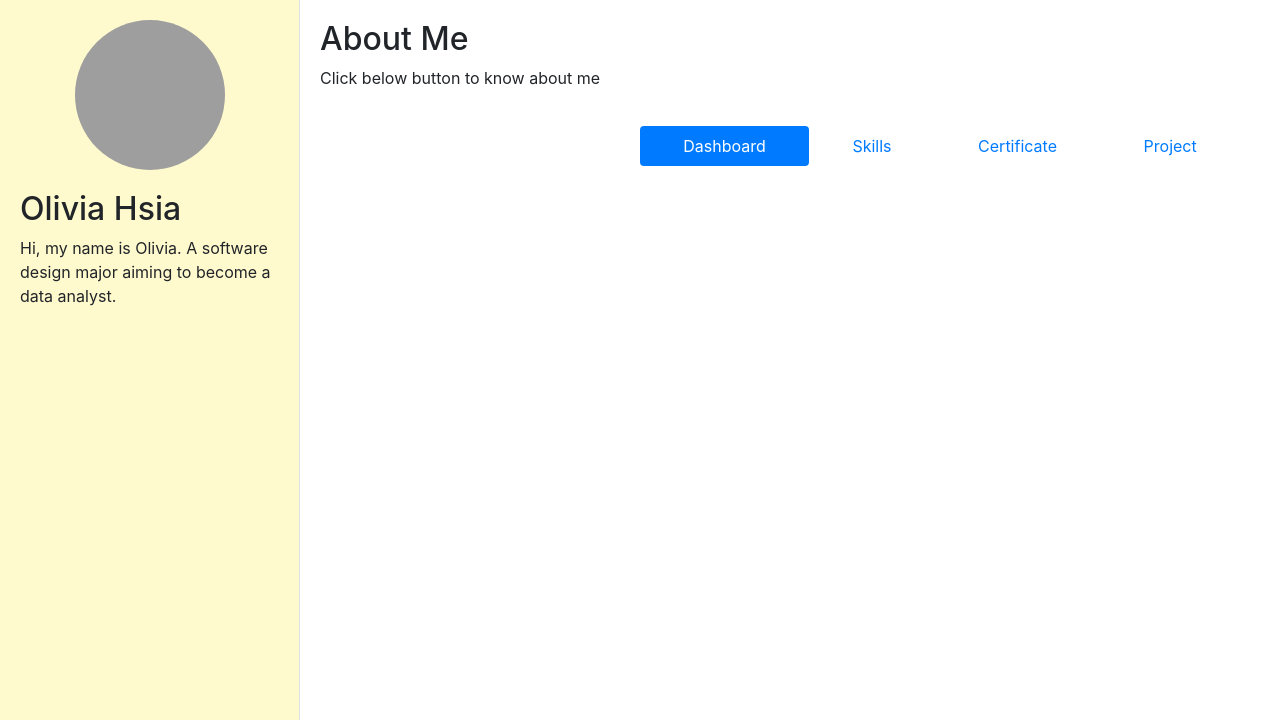
Repository: oliviahsia/FinalProject
Page: src/main/webapp/WEB-INF/main.html
These files come from the project's save history. The page is drawn as it stood at one moment and after the next save; the edit follows.
The browser window is 1280 px wide. The pictures show the whole page.
Pictures or frames that could not be fetched are drawn as grey boxes. An inner scrolling area shows only its first screen. Some web libraries are served in a nearby version.

Above is the page before, as saved 2024-03-09 18:53:05.

After the next save:
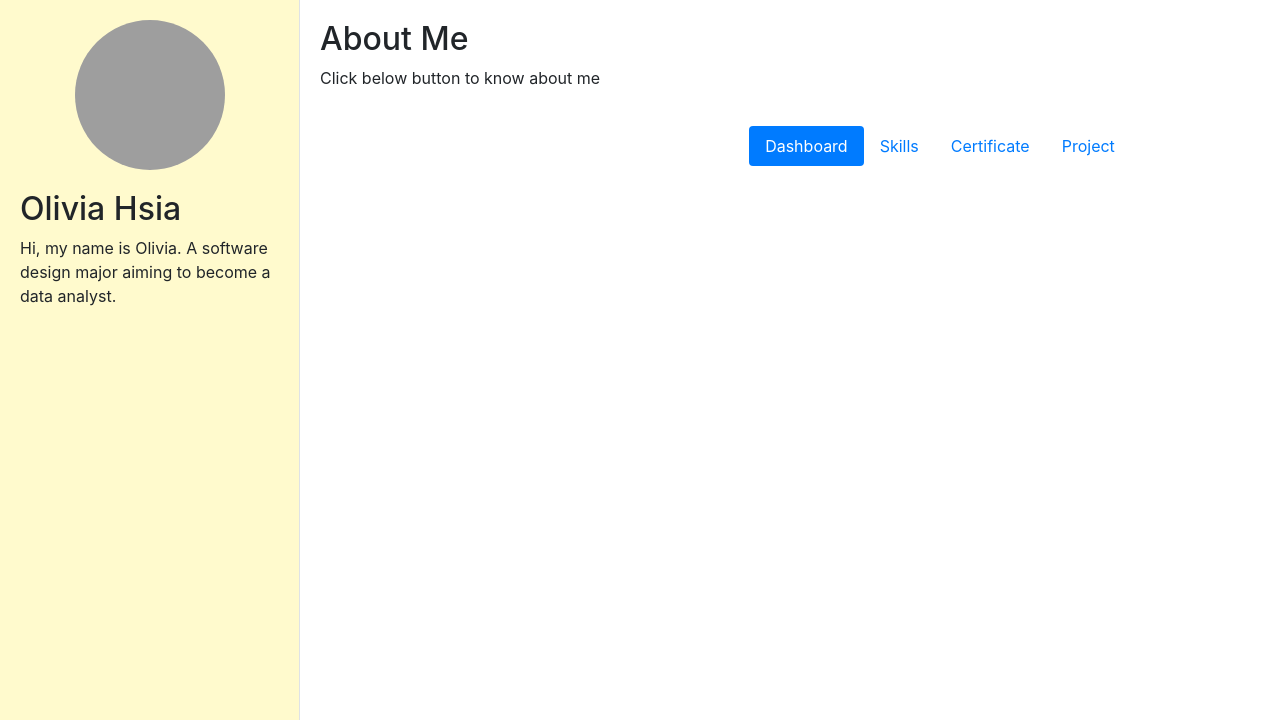
Saved 8 s later.
--- a/src/main/webapp/WEB-INF/main.html
+++ b/src/main/webapp/WEB-INF/main.html
@@ -30,7 +30,7 @@
 
       <!-- Navigation buttons replaced with Bootstrap nav-pills -->
 
-      <div class="d-flex justify-content-center"></div>
+      <div class="d-flex justify-content-center">
 
       <ul class="nav nav-pills nav-fill">
 
